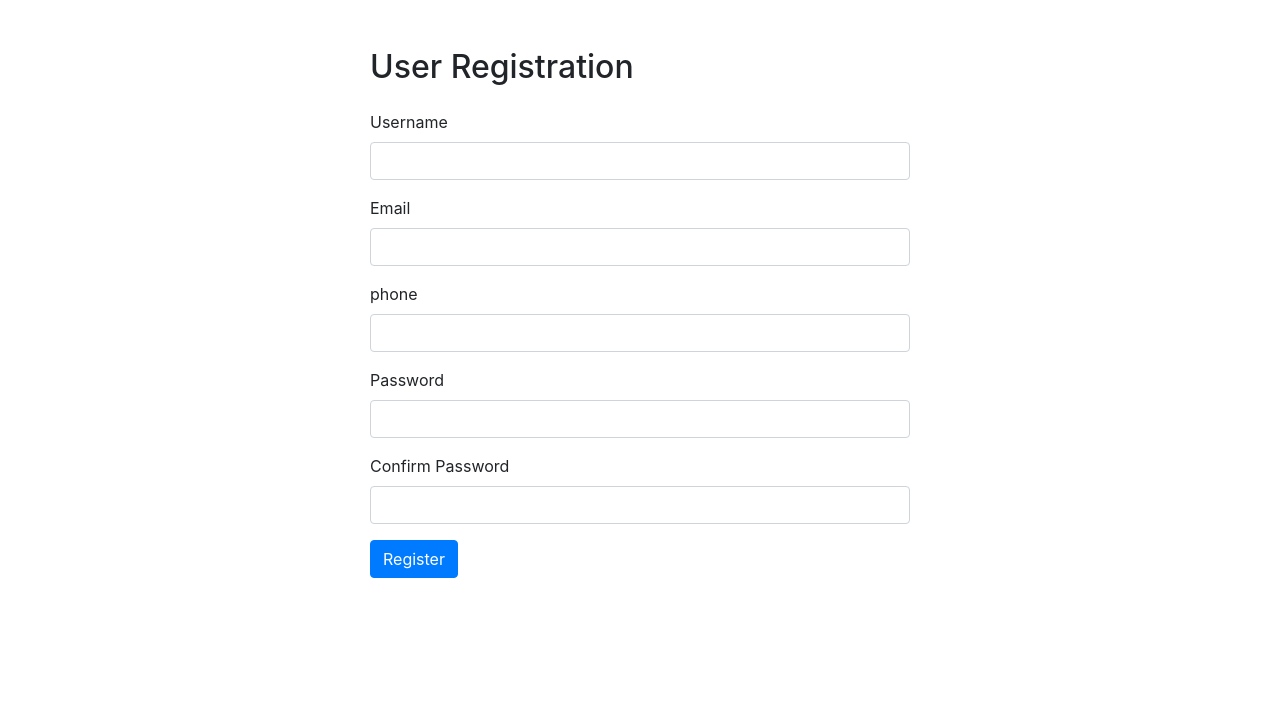
Repository: Tauqeer124/usermanagemet
Page: http://localhost/register
An editor plug-in stored every save of this project. The page is shown before and after a run of saves, followed by the edit.
The browser window is 1280 px wide. The pictures show the whole page.
The page is served by the project's Laravel application, run on PHP 8.4 with Laravel 8.

Above is the page before, as saved 2023-07-24 11:56:23.

After the next 2 saves:
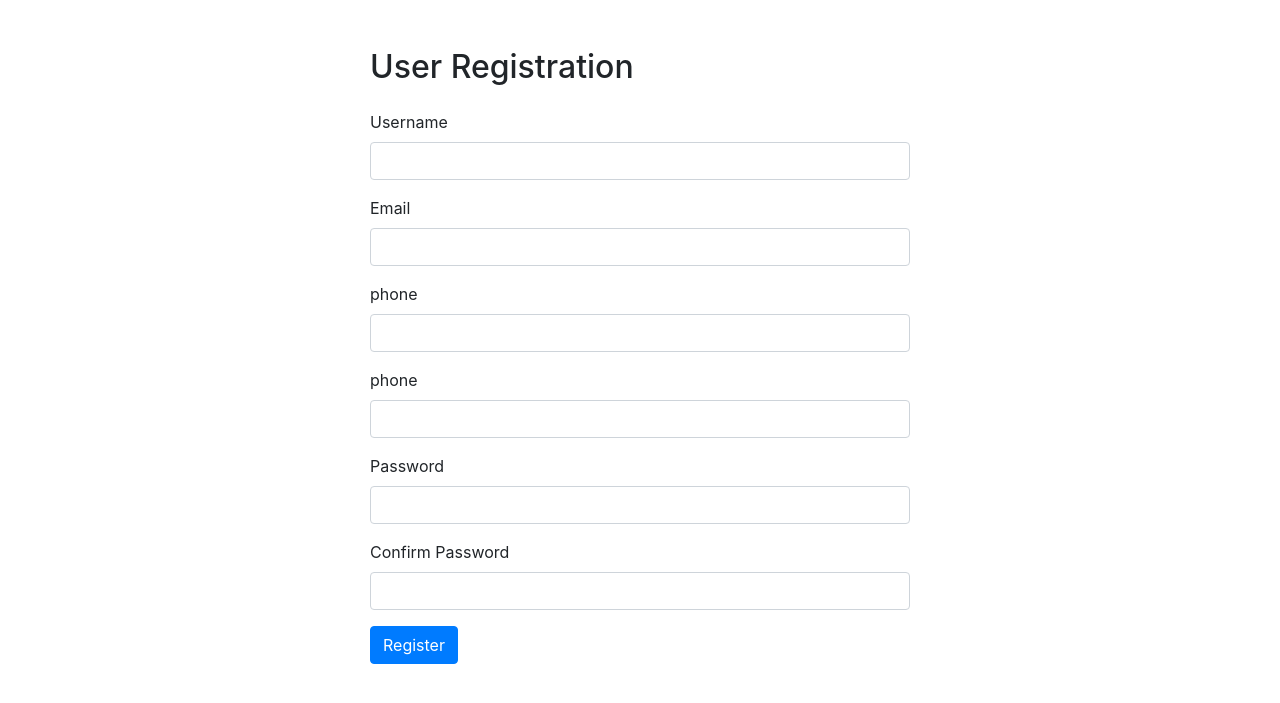
The 2 saves are shown as one change because they came seconds apart.
The last was saved 10 s later.
--- a/resources/views/auth/register.blade.php
+++ b/resources/views/auth/register.blade.php
@@ -25,6 +25,10 @@
             <input type="text" class="form-control" id="phone" name="phone" required>
         </div>
         <div class="form-group">
+            <label for="email">phone</label>
+            <input type="text" class="form-control" id="phone" name="phone" required>
+        </div>
+        <div class="form-group">
           <label for="password">Password</label>
           <input type="password" class="form-control" id="password" name="password" required>
         </div>
